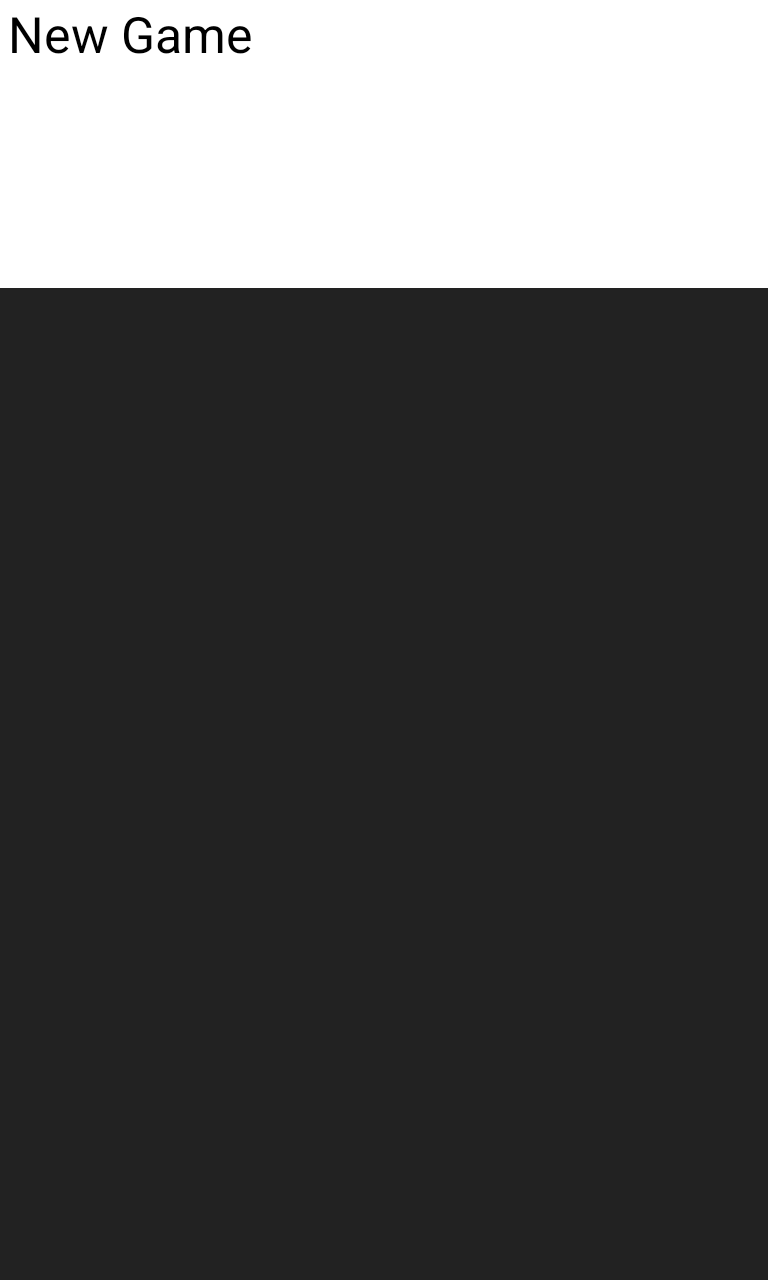
Repository: andyhurd/SuperMunchkin
Layout: SuperMunchkin/res/layout/activity_main_menu.xml
An editor plug-in stored every save of this project. The layout is shown before and after the next save, followed by the edit.
It is drawn on a 768 x 1280 px phone screen (xhdpi) without system bars, with theme AppTheme; the app's code is not run.

Above is the layout before, as saved 2012-11-02 01:20:58.

After the next save:
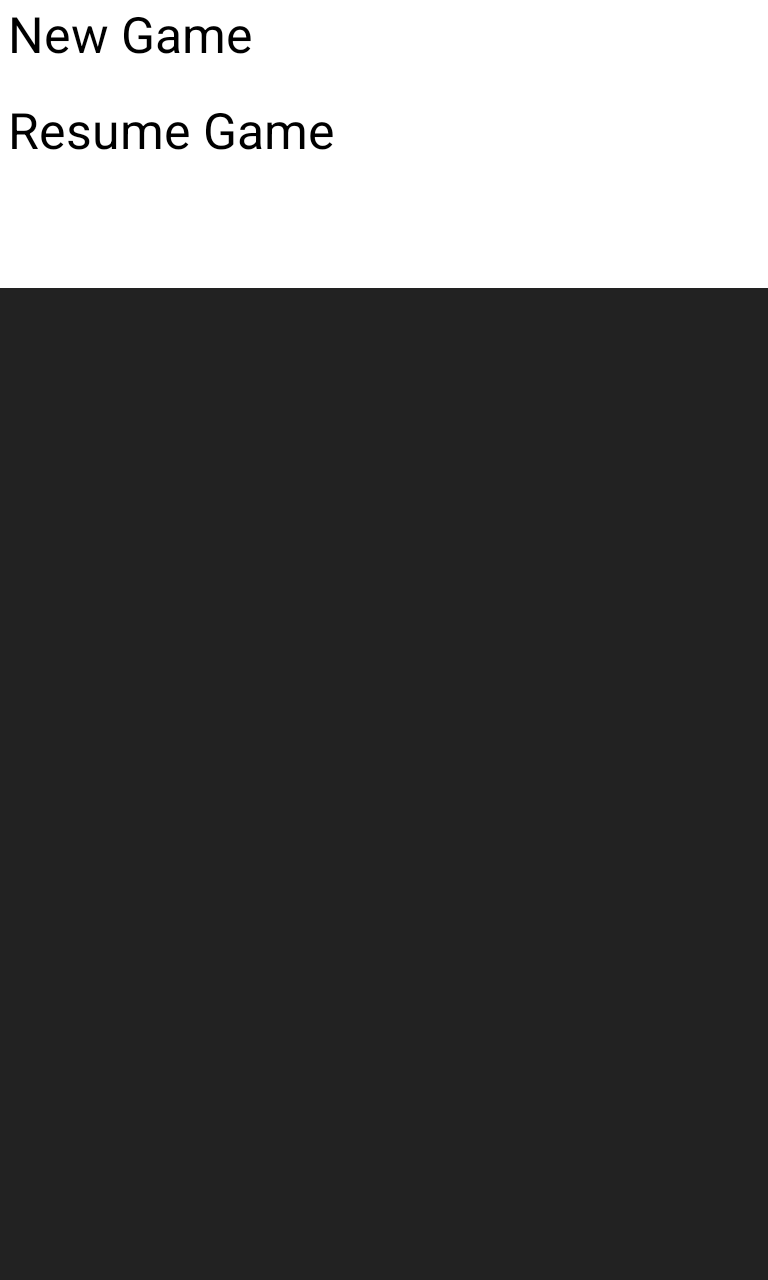
Saved 6 s later.
--- a/SuperMunchkin/res/layout/activity_main_menu.xml
+++ b/SuperMunchkin/res/layout/activity_main_menu.xml
@@ -28,7 +28,7 @@
 	            android:layout_width="match_parent"
 	            android:layout_height="wrap_content"
 	            android:text="@string/resume_game"
-		        android:textColor="@android:color/white"
+		        android:textColor="@android:color/black"
 		        android:textSize="25dip"
 		        android:gravity="left"
 		        style="?android:attr/borderlessButtonStyle" />
